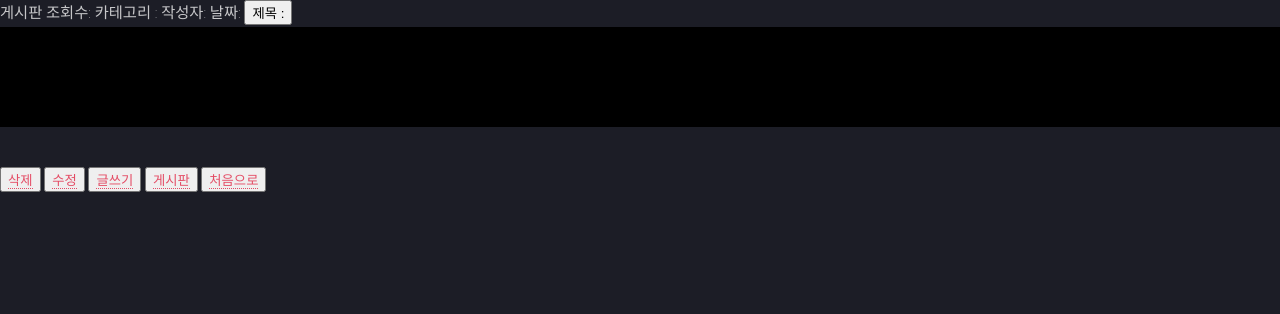
Repository: worMholEamkim/SpringEX
Page: http://localhost/bbs/bbsview.do
The author's editor kept a copy of each file at every save. The page is drawn from the files as they stood at one save, then again after the next save.
The browser window is 1280 px wide. The pictures show the whole page.
The page is served by Tomcat 9. Other server files are loaded and not shown. Queries for data that is not in the repository find no rows.

Above is the page before, as saved 2019-03-15 07:11:19.

### JSP_WepPage_Server-master.zip_expanded/JSP_WepPage_Server-master/bbs/WebContent/WEB-INF/bbsview.jsp
<%@ page language="java" contentType="text/html; charset=UTF-8"
	pageEncoding="UTF-8"%>
<%@ taglib prefix="c" uri="http://java.sun.com/jsp/jstl/core"%>

<!DOCTYPE html>
<html lang="en">
<head>
<title>게시판 볼거야 야무지게</title>
<meta charset="utf-8">
		<meta charset="utf-8" />
		<meta name="viewport" content="width=device-width, initial-scale=1, user-scalable=no" />
		<link rel="stylesheet" href="assets/css/main.css" />
</head>
<body class="is-preload">
	<%
		String sessionID = null;
		if (session.getAttribute("sessionID") != null) {
			sessionID = (String) session.getAttribute("sessionID");
		}
	%>
	<div class="table-wrapper">

		<div class="w3-panel">
<!-- 			<table class="row gtr-uniform gtr-50"> -->
				<thead>
					<tr>
						<th class="button primary fit">게시판</th>
					</tr>
					<tr>
						<td width=25%>조회수: ${bbsview.bbsHit}</td>
						<td width=25%>카테고리	: ${bbsview.bbsCategory}</td>
						<td width=25%>작성자: ${bbsview.id}</td>
						<td width=25%>날짜: ${bbsview.bbsDate}</td>
					</tr>
				</thead>
				<tbody>
					<tr>
						<td colspan="4">
							<button class="w3-button w3-block w3-button w3-black">제목
								: ${bbsview.bbsTitle}</button>
						</td>
					</tr>

					<tr>
						<td colspan="4">
							<div class="w3-panel">
								<p style="background-color: black; color: white; font-size: 20px; line-height:2; padding: 50px 50px;">
									${bbsview.bbsContent}</p>
							</div>
						</td>
					</tr>
					<tr>
					</tr>
					<tr>
						<td colspan="4">
							<div class="w3-panel">
								<c:forEach var="item" items="${files}" >
									<a href="bbsFile.do?id=${item.fileId}" target="_blank">${item.orgn_File_Nm}
									</a>
								</c:forEach>
							</div>
						</td>
					</tr>

					<tr>
						<td></td>
						<c:choose>
							<c:when test="${bbsview.id ==sessionID}">
								<td>
									<button class="w3-button w3-block w3-button w3-red">

										<a href="bbsdelete.do?id=${bbsview.bbsId}">삭제</a>

									</button>
								</td>
								<td>
									<button class="w3-button w3-block w3-button w3-black">

										<a href="bbsupdate.do?id=${bbsview.bbsId}">수정</a>

									</button>
								</td>
							</c:when>
							<c:otherwise>
								<td>
									<button class="w3-button w3-block w3-button w3-red">
										삭제x</button>
								</td>
								<td>
									<button class="w3-button w3-block w3-button w3-black">
										수정x</button>
								</td>
							</c:otherwise>
						</c:choose>
						<td>
							<button class="w3-button w3-block w3-button w3-indigo">
								<a href='bbsupload2.do'>글쓰기</a>
							</button>
						</td>
					</tr>
				</tbody>
				<tfoot>
					<tr>
						<td>
						</td>

						<td colspan="2">
							<button class="w3-button w3-block w3-button w3-indigo">
								<a href='bbs.do'>게시판</a>
							</button>
						</td>

						<td>
						</td>
					</tr>

					<tr>
						<td colspan="4">
							<button class="w3-button w3-block w3-button w3-black">
								<a href='home.do'>처음으로</a>
							</button>
						</td>
					</tr>
					<tr>
						<td colspan="2"></td>
						<td colspan="2" align="right">
<!-- 							<div style="display: inline-block; width: 100%;"> -->
<!-- 								<form> -->
<!-- 									<input type="text" name="commentContent" -->
<!-- 										style="width: 90%; padding: 12px 20px; margin: 8px 0; box-sizing: border-box; border: 2px solid glay; outline: none;"> -->

<!-- 									<button type="submit" -->
<!-- 										class="w3-button w3-block w3-button w3-red" -->
<!-- 										style="width: 40%;"> -->
<%-- 										<a href='bbscomment.do?id=${bbsview.bbsId}'>댓글달기</a> --%>
<!-- 									</button> -->
<!-- 								</form> -->
<!-- 							</div> -->
						</td>
					</tr>
				</tfoot>
			</table>
		</div>
	</div>
</body>
</html>

### JSP_WepPage_Server-master.zip_expanded/JSP_WepPage_Server-master/bbs/src/com/jsp/controller/BbsViewController.java
package com.jsp.controller;

import java.io.IOException;
import java.util.List;

import javax.servlet.RequestDispatcher;
import javax.servlet.ServletException;
import javax.servlet.http.HttpServlet;
import javax.servlet.http.HttpServletRequest;
import javax.servlet.http.HttpServletResponse;

import com.jsp.dao.BbsDao;
import com.jsp.dao.BbsFileDao;
import com.jsp.dto.BbsDto;
import com.jsp.dto.BbsFileDto;

public class BbsViewController extends HttpServlet {

	@Override
	protected void doGet(HttpServletRequest req, HttpServletResponse resp) throws ServletException, IOException {
		process(req, resp);
	}

	@Override
	protected void doPost(HttpServletRequest req, HttpServletResponse resp) throws ServletException, IOException {
		process(req, resp);
	}

	private void process(HttpServletRequest req, HttpServletResponse resp) throws ServletException, IOException {

		// bbsview에서 id에 넘긴 글번호 수가 넘어옴
		String bbsId = req.getParameter("id");
		BbsDao bbsDao = BbsDao.getInstance();
		BbsDto bbsDto = new BbsDto();
		int result = bbsDao.hitUpdate(bbsId);
		bbsDto = bbsDao.selectById(bbsId);
		// bbsId 확인
		//System.out.println("컨트롤러에서 id =" + bbsId);
		// bbsDto 확인
		//System.out.println("컨트롤러에서 " + bbsDto.toString());
		req.setAttribute("bbsview", bbsDto);


		BbsFileDao bbsfDao = BbsFileDao.getInstance();
		List<BbsFileDto> files = bbsfDao.selectByBbsId(bbsId);
		//
		System.out.println("컨트롤러에서 files " + files);
		req.setAttribute("files", files);
		RequestDispatcher rd = req.getRequestDispatcher("/WEB-INF/bbsview.jsp");
		rd.forward(req, resp);
	}
}

### JSP_WepPage_Server-master.zip_expanded/JSP_WepPage_Server-master/bbs/src/com/jsp/dao/BbsDao.java
package com.jsp.dao;

import java.sql.Connection;
import java.sql.DriverManager;
import java.sql.PreparedStatement;
import java.sql.ResultSet;
import java.sql.SQLException;
import java.util.ArrayList;
import java.util.List;

import com.jsp.dto.BbsDto;

public class BbsDao {

	private static BbsDao bbsDao;
	private Connection conn;
	private PreparedStatement pstmt;
	private int result;
	private ResultSet rs;
	private List<BbsDto> bbsList;


	private BbsDao() {
	}



	public static synchronized BbsDao getInstance() {
		if(bbsDao == null) {
			bbsDao = new BbsDao();
	}
		return bbsDao;
	}
	public Connection getConnect() {
		String url = "jdbc:oracle:thin:@localhost:1521:xe";
		String id = "BIG";
		String pw ="1234";
		try {
			Class.forName("core.log.jdbc.driver.OracleDriver");
			conn = DriverManager.getConnection(url, id, pw);

		} catch(ClassNotFoundException e) {
			e.printStackTrace();
		} catch(SQLException e) {
			e.printStackTrace();
		}
		return conn;
	}

	public BbsDto selectById(String id) {

		// id 확인
		//System.out.println("dao에서 id = " + id);
		BbsDto bbsDto = new BbsDto();
		//System.out.println("왜");
		conn = this.getConnect();
		//System.out.println("에러가난거야 쉬뱌ㅠㅠ");

		StringBuffer query = new StringBuffer();
		query.append("SELECT *");
		query.append(" FROM BBS");
		query.append(" WHERE BBSID=? ");

		try {
			//System.out.println("양심적으로 try문은 들어가야지?");
			pstmt = conn.prepareStatement(query.toString());
			pstmt.setString(1, id);

			//System.out.println("설마 여긴가?");
			rs = pstmt.executeQuery();
			// rs 확인
			//System.out.println("dao에서 " + rs);
			while (rs.next()) {

				bbsDto.setId(rs.getString("ID"));
				bbsDto.setBbsId(rs.getString("BBSID"));
				bbsDto.setBbsTitle(rs.getString("BBSTITLE"));
				bbsDto.setBbsDate(rs.getString("BBSDATE"));
				bbsDto.setBbsCategory(rs.getString("BBSCATEGORY"));
				bbsDto.setBbsContent(rs.getString("BBSCONTENT"));
				bbsDto.setBbsHit(rs.getString("BBSHIT"));
				//System.out.println(bbsDto.toString());
			}
		} catch (SQLException e) {

		} finally {
			this.close(conn, pstmt, null);
		}
		return bbsDto;
	}


	public BbsDto selectBeforeById(String id) {

		BbsDto bbsDto = new BbsDto();
		conn = this.getConnect();
		StringBuffer query = new StringBuffer();

		query.append("SELECT * FROM BBS WHERE BBSID IN ");
		query.append(" ((SELECT MAX(BBSID) FROM BBS ");
		query.append(" WHERE BBSID < ? ))");
		try {
			pstmt = conn.prepareStatement(query.toString());
			pstmt.setString(1, id);
			rs = pstmt.executeQuery();

			while(rs.next()) {
				bbsDto.setId(rs.getString("ID"));
				bbsDto.setBbsId(rs.getString("BBSID"));
				bbsDto.setBbsTitle(rs.getString("BBSTITLE"));
				bbsDto.setBbsDate(rs.getString("BBSDATE"));
				bbsDto.setBbsCategory(rs.getString("BBSCATEGORY"));
				bbsDto.setBbsContent(rs.getString("BBSCONTENT"));
				bbsDto.setBbsHit(rs.getString("BBSHIT"));
			}
		} catch (SQLException e) {

		} finally {
			this.close(conn, pstmt, null);
		}
		return bbsDto;
	}


	public BbsDto selectAfterById(String id) {

		BbsDto	bbsDto = new BbsDto();
		conn = this.getConnect();
		StringBuffer query = new StringBuffer();

		query.append("SELECT * FROM BBS WHERE BBSID IN ");
		query.append(" ((SELECT MIN(BBSID) FROM BBS ");
		query.append(" WHERE BBSID > ? )) ");
		try {
			pstmt = conn.prepareStatement(query.toString());
			pstmt.setString(1, id);
			rs = pstmt.executeQuery();

			while(rs.next()) {
				bbsDto.setId(rs.getString("ID"));
				bbsDto.setBbsId(rs.getString("BBSID"));
				bbsDto.setBbsTitle(rs.getString("BBSTITLE"));
				bbsDto.setBbsDate(rs.getString("BBSDATE"));
				bbsDto.setBbsCategory(rs.getString("BBSCATEGORY"));
				bbsDto.setBbsContent(rs.getString("BBSCONTENT"));
				bbsDto.setBbsHit(rs.getString("BBSHIT"));
			}
		} catch (SQLException e) {

		} finally {
			this.close(conn, pstmt, null);
		}
		return bbsDto;
	}


	public int hitUpdate(String id) {

		conn = this.getConnect();
		StringBuffer query = new StringBuffer();
		query.append("UPDATE BBS SET BBSHIT = BBSHIT +1 WHERE BBSID=?");
			try {
				pstmt = conn.prepareStatement(query.toString());
				pstmt.setString(1, id);
				result = pstmt.executeUpdate();
			} catch(SQLException e1) {
	}
			finally {
				this.close(conn, pstmt, null);
			}
			return result;
	}

	public int hitUpdate(Connection conn, String id) {

			conn = this.getConnect();
			StringBuffer query = new StringBuffer();
			query.append("UPDATE BBS SET BBSHIT = BBSHIT +1 WHERE BBSID=?");
				try {
					pstmt = conn.prepareStatement(query.toString());
					pstmt.setString(1, id);
					result = pstmt.executeUpdate();
				} catch(SQLException e1) {
		}
				finally {
					this.close(conn, pstmt, null);
				}
				return result;
		}



	public int update(BbsDto bbsDto) {

		conn = this.getConnect();
		StringBuffer query = new StringBuffer();
		query.append("UPDATE BBS SET ");
		query.append(" BBTITLE=?, BBSCATEGORY=?, BBSCONTENT=?");
		query.append(" WHERE BBSID=?");
			try {
				pstmt = conn.prepareStatement(query.toString());
				pstmt.setString(1, bbsDto.getBbsTitle());
				pstmt.setString(2, bbsDto.getBbsCategory());
				pstmt.setString(3, bbsDto.getBbsContent());
				pstmt.setString(4, bbsDto.getBbsId());

				result = pstmt.executeUpdate();
			} catch (SQLException e1) {

			} finally {
				this.close(conn, pstmt, null);
			}
			return result;
	}


	public int insert(BbsDto bbsDto) {

		conn = this.getConnect();
		StringBuffer query = new StringBuffer();
		query.append("INSERT INTO BBS(BBSID, ID, BBSTITLE, BBSDATE, BBSCATEGORY, BBSCONTENT, BBSHIT)");
		query.append(" VALUES (bbs_seq.nextval ,? ,? ,sysdate,? ,? ,0 )");

		try {
			pstmt = conn.prepareStatement(query.toString());
			pstmt.setString(1, bbsDto.getId());
			pstmt.setString(2, bbsDto.getBbsTitle());
			pstmt.setString(3, bbsDto.getBbsCategory());
			pstmt.setString(4, bbsDto.getBbsContent());

			result = pstmt.executeUpdate();

		} catch (SQLException e) {
			e.printStackTrace();
		} finally {
			this.close(conn, pstmt, null);
		}
		return result;
	}


	public int insertOracle(BbsDto bbsDto) {

		conn = this.getConnect();
		StringBuffer query = new StringBuffer();
		query.append("INSERT INTO BBS(BBSID, ID, BBSTITLE, BBSDATE, BBSCATEGORY, BBSCONTENT, BBSHIT)");
		query.append(" VALUES(BBS_SEQ.BEXTVAL, ? ,? ,NOW(), ?, ?, 0 )");

		try {
			pstmt = conn.prepareStatement(query.toString());
			pstmt.setString(1,  bbsDto.getId());
			pstmt.setString(2,  bbsDto.getBbsTitle());
			pstmt.setString(3,  bbsDto.getBbsCategory());
			pstmt.setString(4,  bbsDto.getBbsContent());

			result = pstmt.executeUpdate();
		} catch (SQLException e) {
			e.printStackTrace();
		} finally {
			this.close(conn, pstmt, null);
		}
		return result;
	}


	public List<BbsDto> selectAll(int startNum, int perpage) {
		bbsList = new ArrayList<>();
		conn = this.getConnect();
		StringBuffer query = new StringBuffer();
		query.append("SELECT T2.*");
		query.append("	FROM (SELECT ROWNUM R2, T.*");
		query.append("	FROM (SELECT BBSID, ID, substr(BBSTITLE, 1, 10) BBSTITLE, BBSDATE,");
		query.append("BBSCATEGORY, substr(BBSCONTENT, 1, 15) BBSCONTENT, BBSHIT ");
		query.append(" FROM BBS ORDER BY BBSID DESC ) T) T2 ");
		query.append("WHERE T2.R2 BETWEEN ? AND ?");

		try {
			pstmt = conn.prepareStatement(query.toString());
			pstmt.setInt(1, startNum - 1);
			pstmt.setInt(2, perpage);


			rs = pstmt.executeQuery();
			while (rs.next()) {
				BbsDto bbsDto = new BbsDto();

				bbsDto.setId(rs.getString("ID"));
				bbsDto.setBbsId(rs.getString("BBSID"));
				bbsDto.setBbsTitle(rs.getString("BBSTITLE"));
				bbsDto.setBbsDate(rs.getString("BBSDATE"));
				bbsDto.setBbsCategory(rs.getString("BBSCATEGORY"));
				bbsDto.setBbsContent(rs.getString("BBSCONTENT"));
				bbsDto.setBbsHit(rs.getString("BBSHIT"));

				bbsList.add(bbsDto);
			}
			} catch(SQLException e) {
				e.printStackTrace();
		}	return bbsList;
}


	public int delete(int id) {

		conn = this.getConnect();
		StringBuffer query = new StringBuffer();

		try {

			query.append("DELETE FROM BBS");
			query.append(" WHERE BBSID = ?");
			pstmt = conn.prepareStatement(query.toString());
			pstmt.setInt(1,  id);
			int result = pstmt.executeUpdate();

			return result;
		} catch (SQLException e) {
			e.printStackTrace();
		} finally {
			this.close(conn, pstmt, null);
		}
		return -1;
	}



	public int getTotalCount() {

		conn = this.getConnect();
		StringBuffer query = new StringBuffer();
		query.append("SELECT count(*)");
		query.append(" FROM BBS");

		try {
			pstmt = conn.prepareStatement(query.toString());
			rs = pstmt.executeQuery();

			if(rs.next()) {
				return rs.getInt("count(*)");
			}
		} catch (SQLException e) {
			e.printStackTrace();
		} finally {
			this.close(conn, pstmt, rs);
		}
		return -1;
	}


	public void close(Connection conn, PreparedStatement stmt, ResultSet rs) {
		if (rs != null) {
			try {
				rs.close();
			} catch (SQLException e) {
			}
		}
		if (stmt != null) {
			try {
				stmt.close();
			} catch (SQLException e) {
			}
		}
		if (conn != null) {
			try {
				conn.close();
			} catch (SQLException e) {
			}
		}
	}

	public static void main(String[] args) {
		BbsDao mDao = BbsDao.getInstance();
	}


}

### JSP_WepPage_Server-master.zip_expanded/JSP_WepPage_Server-master/bbs/src/com/jsp/dto/BbsDto.java
package com.jsp.dto;

public class BbsDto {

	private String id;
	private String bbsId;
	private String bbsTitle;
	private String bbsDate;
	private String bbsCategory;
	private String bbsContent;
	private String bbsHit;

	public String getId() {
		return id;
	}
	public void setId(String id) {
		this.id = id;
	}
	public String getBbsId() {
		return bbsId;
	}
	public void setBbsId(String bbsId) {
		this.bbsId = bbsId;
	}
	public String getBbsTitle() {
		return bbsTitle;
	}
	public void setBbsTitle(String bbsTitle) {
		this.bbsTitle = bbsTitle;
	}
	public String getBbsDate() {
		return bbsDate;
	}
	public void setBbsDate(String bbsDate) {
		this.bbsDate = bbsDate;
	}
	public String getBbsCategory() {
		return bbsCategory;
	}
	public void setBbsCategory(String bbsCategory) {
		this.bbsCategory = bbsCategory;
	}
	public String getBbsContent() {
		return bbsContent;
	}
	public void setBbsContent(String bbsContent) {
		this.bbsContent = bbsContent;
	}
	public String getBbsHit() {
		return bbsHit;
	}
	public void setBbsHit(String bbsHit) {
		this.bbsHit = bbsHit;
	}
	@Override
	public String toString() {
		return "BbsDto [id=" + id + ", bbsId=" + bbsId + ", bbsTitle=" + bbsTitle + ", bbsDate=" + bbsDate
				+ ", bbsCategory=" + bbsCategory + ", bbsContent=" + bbsContent + ", bbsHit=" + bbsHit + "]";
	}

}

### JSP_WepPage_Server-master.zip_expanded/JSP_WepPage_Server-master/bbs/src/com/jsp/dao/BbsFileDao.java
package com.jsp.dao;

import java.sql.Connection;
import java.sql.DriverManager;
import java.sql.PreparedStatement;
import java.sql.ResultSet;
import java.sql.SQLException;
import java.util.ArrayList;
import java.util.List;
import java.util.Map;

import com.jsp.dto.BbsFileDto;

public class BbsFileDao {

	private static BbsFileDao bbsfDao;
	private Connection conn;
	private PreparedStatement pstmt;
	private int result;
	private ResultSet rs;
	//Map<String, Object> map;
	private List<BbsFileDto> bbsfList;
	private ArrayList fileIdList;


	private BbsFileDao() {

	}

	public static synchronized BbsFileDao getInstance() {
		if(bbsfDao == null) {
			bbsfDao = new BbsFileDao();
		}
		return bbsfDao;
	}

	public Connection getConnect() {
		String url = "jdbc:oracle:thin:@localhost:1521:xe";
		String id = "BIG";
		String pw = "1234";
		try {
			Class.forName("core.log.jdbc.driver.OracleDriver");
			conn = DriverManager.getConnection(url, id, pw);
		} catch(ClassNotFoundException e) {
			e.printStackTrace();
		} catch(SQLException e) {
			e.printStackTrace();
		}
		return conn;
	}



	public List<BbsFileDto> selectByBbsId(String bbsid) {
		System.out.println("야 갓재?");
		conn = this.getConnect();

		StringBuffer query = new StringBuffer();
		query.append("SELECT *");
		query.append(" FROM BBS_FILE");
		query.append(" WHERE BBSID=?");
		System.out.println("쿼리확인");
		try {
			pstmt = conn.prepareStatement(query.toString());
			pstmt.setString(1, bbsid);
			rs = pstmt.executeQuery();
			bbsfList = new ArrayList<>();

			while (rs.next()) {
				BbsFileDto bbsfDto = new BbsFileDto();
				bbsfDto.setFileId(rs.getString("FILEID"));
				bbsfDto.setOrgn_File_Nm(rs.getString("ORGN_FILE_NM"));
				// bbsfDto 확인
				System.out.println("filedao에서 bbsfdto" + bbsfDto);
				bbsfList.add(bbsfDto);

			}

		} catch (SQLException e) {

		} finally {
			this.close(conn, pstmt, null);
		}
		return bbsfList;
	}

	public String selectById(String fileId) {

		String bbsFile="";
		conn = this.getConnect();
		StringBuffer query = new StringBuffer();
		query.append("SELECT SAVE_FILE_NM");
		query.append("	FROM BBS_FILE");
		query.append("	WHERE FILEID=?");
		try {
			pstmt = conn.prepareStatement(query.toString());
			pstmt.setString(1,  fileId);
			rs = pstmt.executeQuery();

			if(rs.next()) {
				bbsFile = rs.getString("SAVE_FILE_NM");
			}
		} catch (SQLException e) {

		} finally {
			this.close(conn, pstmt, null);
		}
		return bbsFile;
	}

	public int delete(int id) {

			conn = this.getConnect();
			StringBuffer query = new StringBuffer();

			try {

				query.append("DELETE FROM BBS_FILE");
				query.append("	WHERE BBSID = ?");
				pstmt = conn.prepareStatement(query.toString());
				pstmt.setInt(1, id);
				int result = pstmt.executeUpdate();
				return result;
			} catch (SQLException e) {
				e.printStackTrace();
			} finally {
				this.close(conn, pstmt, null);
			}
			return -1;
		}

	public void close(Connection conn, PreparedStatement stmt, ResultSet rs) {
		if (rs != null) {
			try {
				rs.close();
			} catch (SQLException e) {
			}
		}
		if (stmt != null) {
			try {
				stmt.close();
			} catch (SQLException e) {
			}
		}
		if (conn != null) {
			try {
				conn.close();
			} catch (SQLException e) {
			}
		}
	}



}

Loaded but not shown: JSP_WepPage_Server-master.zip_expanded/JSP_WepPage_Server-master/bbs/WebContent/assets/css/font-awesome.min.css (library); JSP_WepPage_Server-master.zip_expanded/JSP_WepPage_Server-master/bbs/WebContent/assets/css/main.css (4070 lines, source omitted)

After the next save:
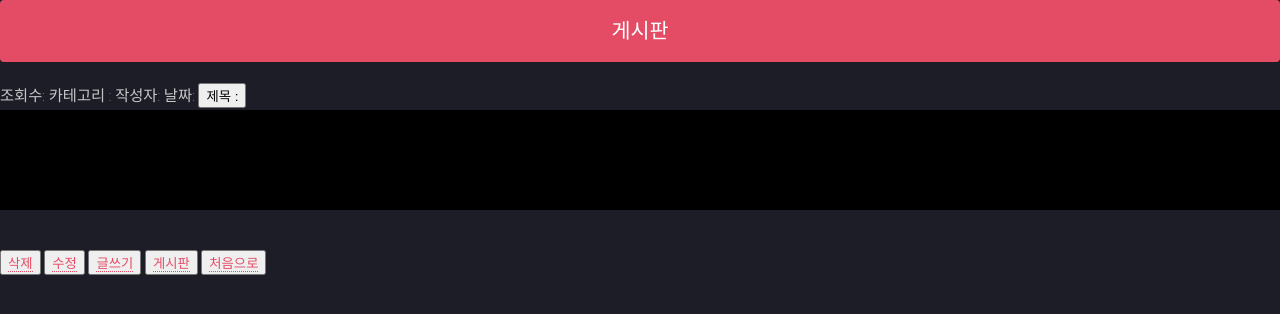
Saved 73 s later.
--- a/JSP_WepPage_Server-master.zip_expanded/JSP_WepPage_Server-master/bbs/WebContent/WEB-INF/bbsview.jsp
+++ b/JSP_WepPage_Server-master.zip_expanded/JSP_WepPage_Server-master/bbs/WebContent/WEB-INF/bbsview.jsp
@@ -21,10 +21,9 @@
 	<div class="table-wrapper">
 
 		<div class="w3-panel">
-<!-- 			<table class="row gtr-uniform gtr-50"> -->
 				<thead>
 					<tr>
-						<th class="button primary fit">게시판</th>
+						<h3 class="button primary fit">게시판</h3>
 					</tr>
 					<tr>
 						<td width=25%>조회수: ${bbsview.bbsHit}</td>
